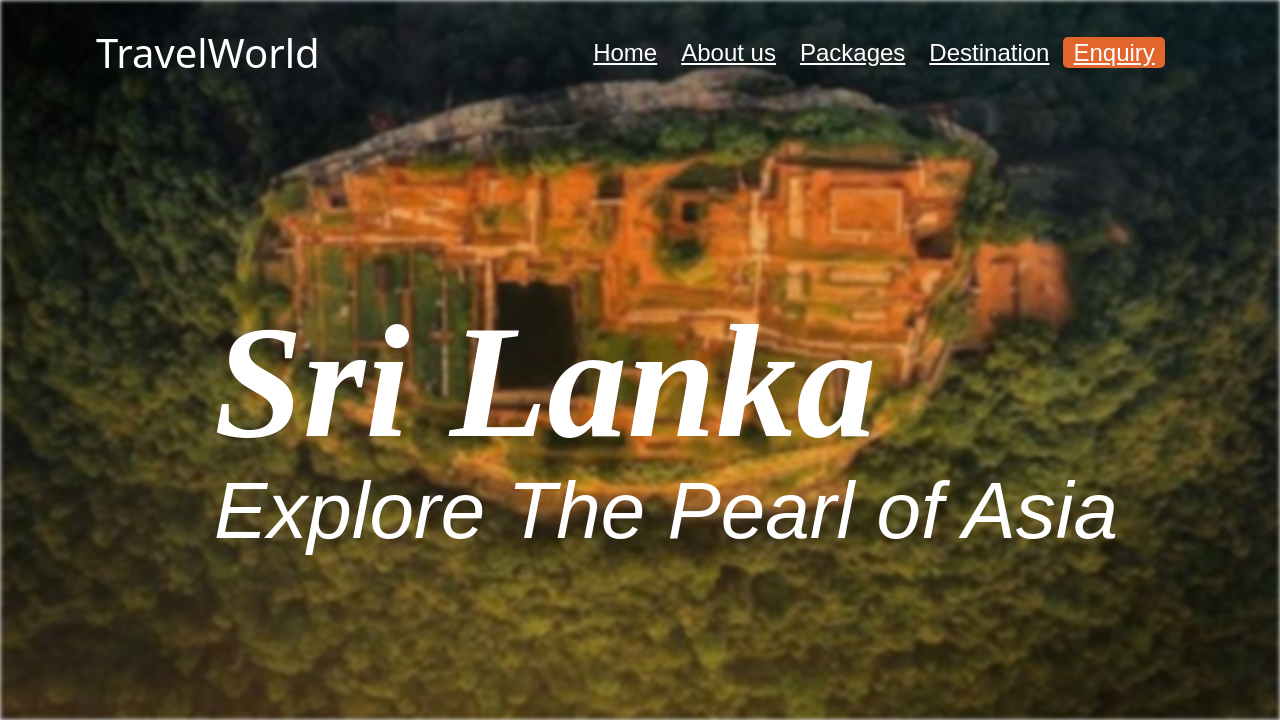
Repository: Haakim19/TavelWorld
Page: HTML/Home.html
The author's editor kept a copy of each file at every save. The page is drawn from the files as they stood at one save, then again after the next save.
The browser window is 1280 px wide. The pictures show the whole page.
Some web fonts or font styles are not loaded; a fallback is used.

Above is the page before, as saved 2024-11-02 11:01:03.

After the next save:
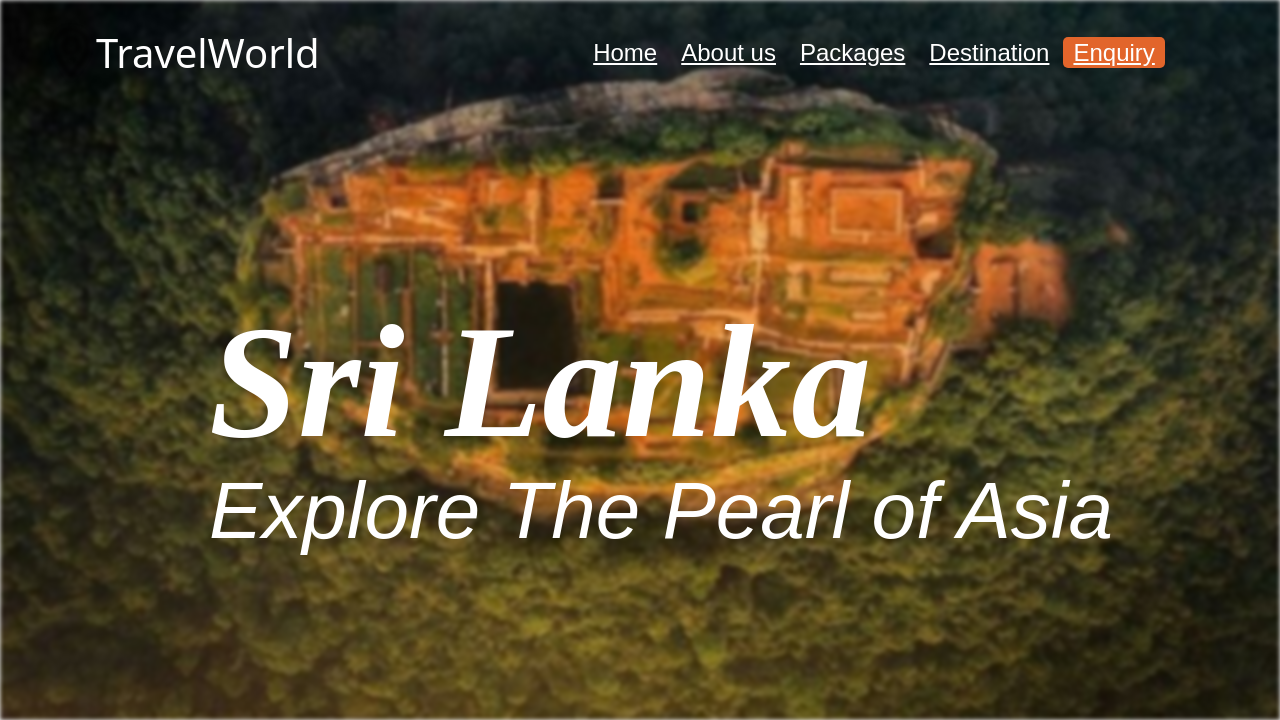
Saved 6 s later.
--- a/CSS/Navbar.css
+++ b/CSS/Navbar.css
@@ -91,5 +91,5 @@ section {
     font-weight: 500;
     font-style:italic;
     font-size: 5rem;
-    margin-right: 20px;
+    margin-right: 30px;
 }
